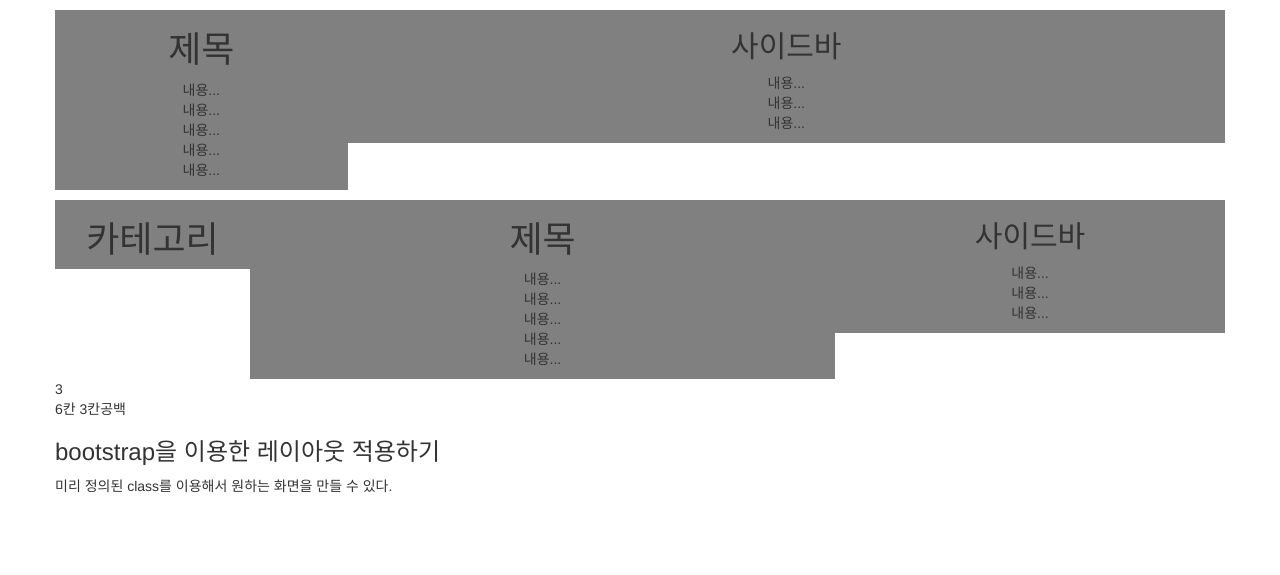
Repository: wishinghyun/multicampus
Page: webwork/clientweb/WebContent/bootstrap/layout02.html
An editor plug-in stored every save of this project. The page is shown before and after the next save, followed by the edit.
The browser window is 1280 px wide. The pictures show the whole page.

Above is the page before, as saved 2020-01-06 06:09:45.

After the next save:
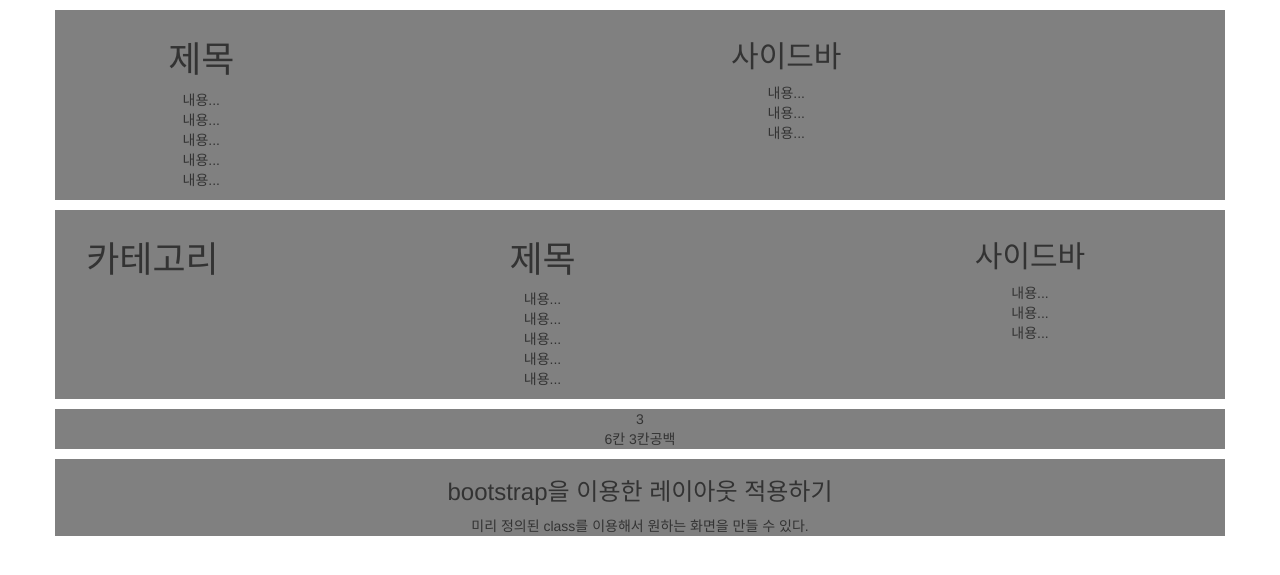
Saved 26 s later.
--- a/webwork/clientweb/WebContent/bootstrap/layout02.html
+++ b/webwork/clientweb/WebContent/bootstrap/layout02.html
@@ -9,6 +9,11 @@
 <style type="text/css">
 
  	[class*=col-lg]{
+ 		background-color: gray;
+ 		text-align: center;
+ 		margin-top: 10px
+ 	}
+ 	[class*=row]{
  		background-color: gray;
  		text-align: center;
  		margin-top: 10px

After the save that followed:
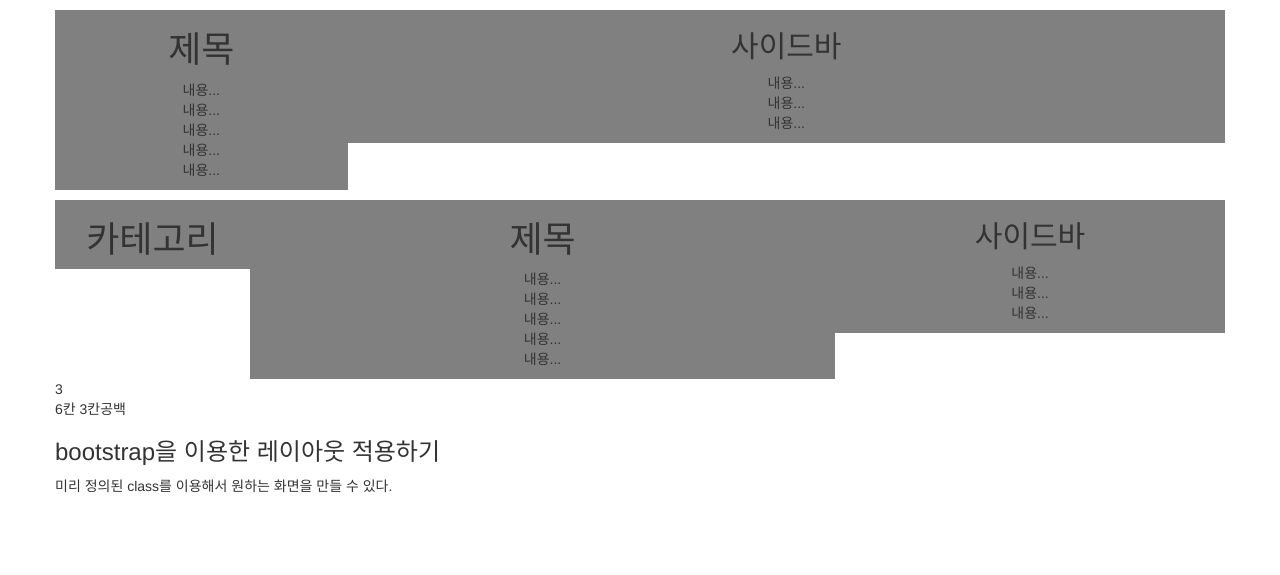
Saved 71 s later.
--- a/webwork/clientweb/WebContent/bootstrap/layout02.html
+++ b/webwork/clientweb/WebContent/bootstrap/layout02.html
@@ -9,11 +9,6 @@
 <style type="text/css">
 
  	[class*=col-lg]{
- 		background-color: gray;
- 		text-align: center;
- 		margin-top: 10px
- 	}
- 	[class*=row]{
  		background-color: gray;
  		text-align: center;
  		margin-top: 10px
